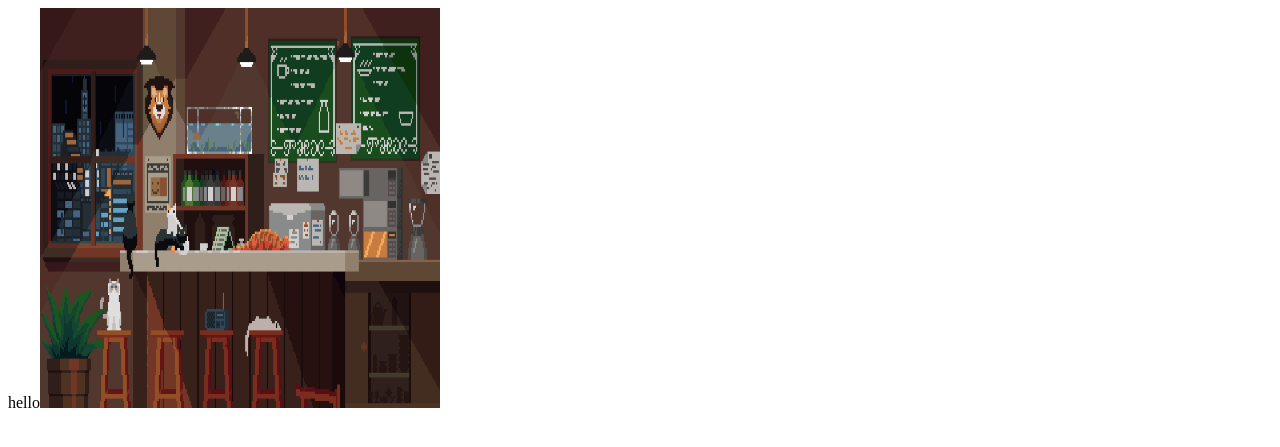
Repository: kayacancode/stixnbrix2dpixel
Page: / (app in my-app/)
These files come from the project's save history. The page is drawn as it stood at one moment and after the next save; the edit follows.
The browser window is 1280 px wide. The pictures show the whole page.
The project was rebuilt for these pictures with package versions that can differ from the ones it lists, and the page was loaded fresh each time. The framework's server and built-in components were replaced by stand-ins that run in the browser. Also part of the build but not shown: my-app/next.config.js, my-app/styles/globals.css.

Above is the page before, as saved 2023-03-25 17:45:24.

### my-app/pages/index.tsx
import Head from 'next/head'
import Image from 'next/image'

import FirstHalf from "../components/firsthalf";

import SecondHalf from "../components/secondhalf";

export default function Home() {
  return (
    <>

  <div className="">
    hello

        <Image src="/bg.png" width={400} height={400} alt="Your Image"  />


    </div>
    </>
  )
}

Loaded but not shown: my-app/pages/_app.tsx (common file); my-app/pages/_document.tsx (common file)

After the next save:
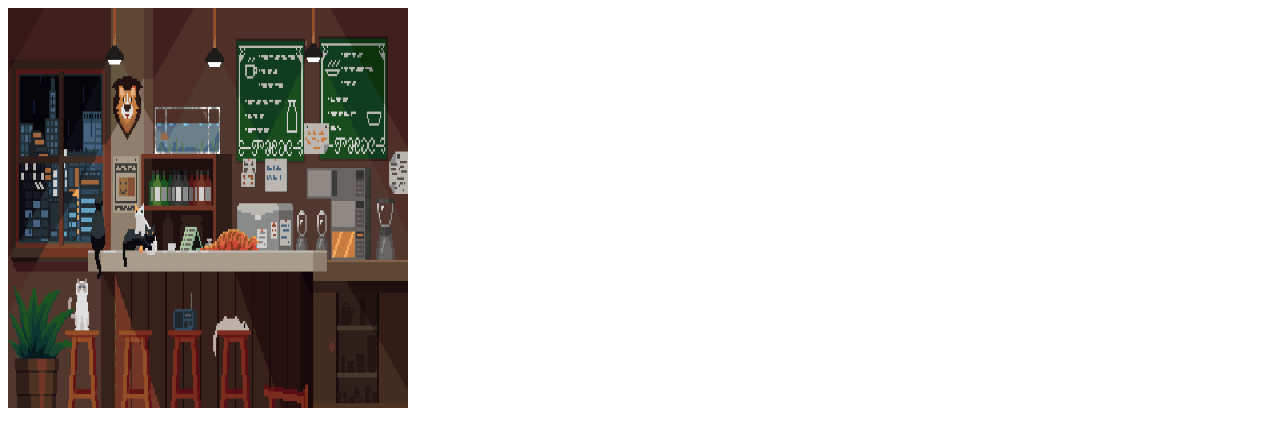
Saved 9 s later.
--- a/my-app/pages/index.tsx
+++ b/my-app/pages/index.tsx
@@ -10,7 +10,7 @@ export default function Home() {
     <>
 
   <div className="">
-    hello
+
 
         <Image src="/bg.png" width={400} height={400} alt="Your Image"  />
 
